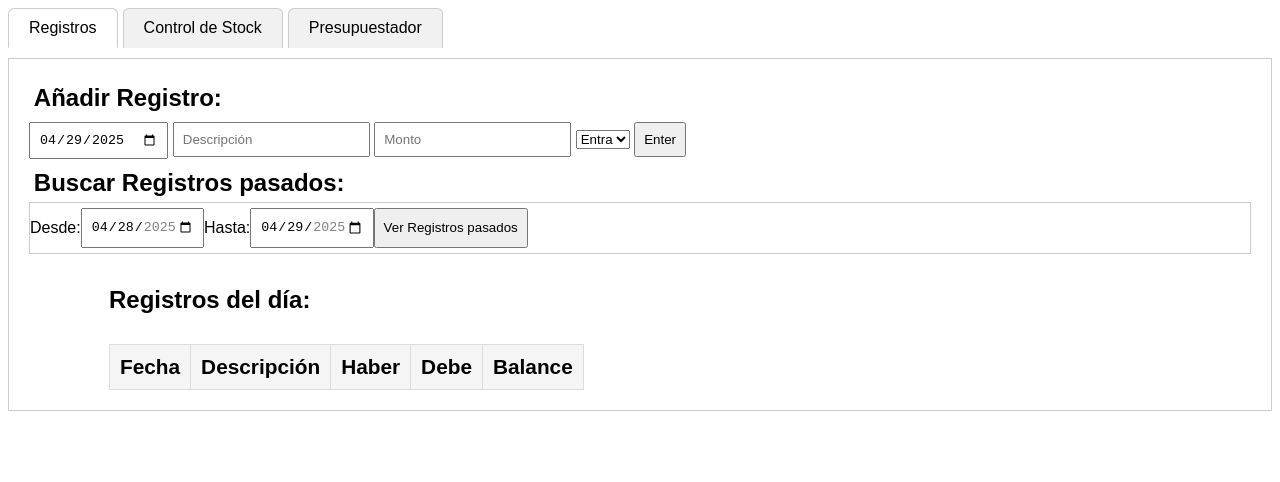
Repository: Joako-Herrero/Proyecto-de-Feria-de-ciencias
Page: program/registro.html
The author's editor kept a copy of each file at every save. The page is drawn from the files as they stood at one save, then again after the next save.
The browser window is 1280 px wide. The pictures show the whole page.
The page's requests for data from a server got no answer.

Above is the page before, as saved 2025-05-28 16:39:12.

After the next save:
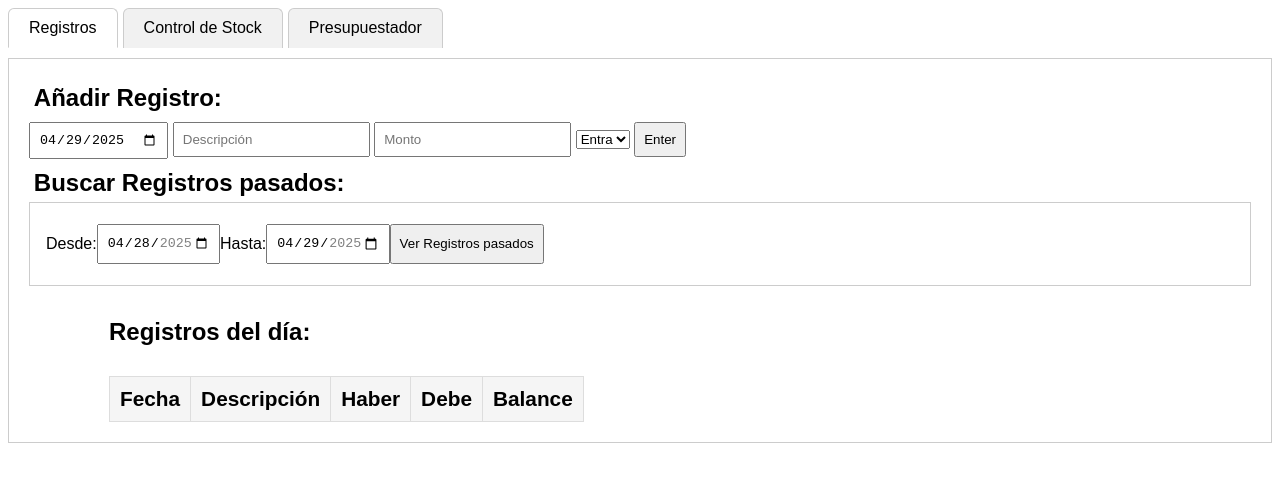
Saved 7 s later.
--- a/program/registro.html
+++ b/program/registro.html
@@ -63,7 +63,7 @@
 
 
         #formFiltrarFechas{
-            padding: 0;
+            padding: 1rem;
             border: #ccc solid 1px;
             display: flex;
         }
